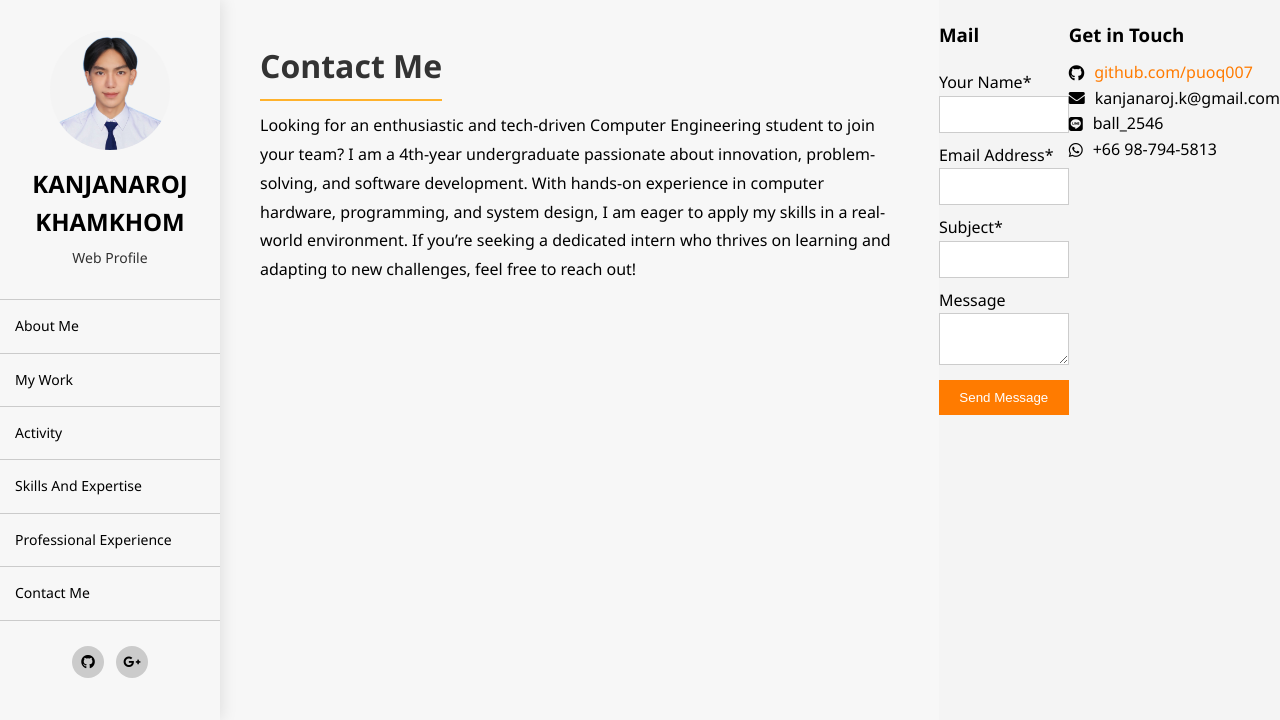
Repository: bbonds0007/profile
Page: contact.html
The author's editor kept a copy of each file at every save. The page is drawn from the files as they stood at one save, then again after the next save.
The browser window is 1280 px wide. The pictures show the whole page.

Above is the page before, as saved 2025-03-16 14:18:33.

### contact.html
<!DOCTYPE html>
<html lang="en">

<head>
    <meta charset="UTF-8">
    <meta name="viewport" content="width=device-width, initial-scale=1.0">
    <link rel="icon" href="public/img/profile_icon.png" type="image/x-icon" sre="/img/profile_icon.png">
    <title>PROFILE</title>
    <link rel="stylesheet" href="public/home.css">
    <link rel="stylesheet" href="public/contact.css">
    <link rel="stylesheet" href="https://cdnjs.cloudflare.com/ajax/libs/font-awesome/5.15.4/css/all.min.css">
    <!-- <link rel="icon" type="image/x-icon" href="Profile_icon.png" sre="Profile_icon.png"> -->
    <link rel="stylesheet" href="https://cdn.jsdelivr.net/npm/bootstrap-icons/font/bootstrap-icons.css">
</head>

<body>
    <div class="container">
        <aside class="sidebar">
            <div class="profile">
                <div class="profile-image">
                    <img src="public/img/profile_icon.png" alt="Profile Photo">
                </div>
                <h1>KANJANAROJ KHAMKHOM</h1>
                <p class="title">Web Profile</p>
            </div>

            <nav class="nav-menu">
                <ul>
                    <li class="active"><a href="index.html">About Me</a></li>
                    <li><a href="work.html">My Work</a></li>
                    <li><a href="activity.html">Activity</a></li>
                    <li><a href="skills.html">Skills And Expertise</a></li>
                    <li><a href="experience.html">Professional Experience</a></li>
                    <li><a href="contact.html">Contact Me</a></li>
                </ul>
            </nav>

            <div class="social-icons">
                <a href="https://github.com/bbonds0007"><i class="fab fa-github"></i></a>
                <a href="https://mail.google.com/mail/?view=cm&fs=1&to=kanjanaroj.k@gmail.com"><i
                        class="fab fa-google-plus-g"></i></a>
            </div>

            <div class="copyright">
                <p>Kanjanaroj Khamkhom</p>
                <p>Web Design</p>
                <p class="small-text">by templatemo</p>
            </div>
        </aside>

        <main class="content">
            <header class="content-header">
                <h2 id="about">Contact Me</h2>
                <p>Looking for an enthusiastic and tech-driven Computer Engineering student to join your team? I am a
                    4th-year undergraduate passionate about innovation, problem-solving, and software development. With
                    hands-on experience in computer hardware, programming, and system design, I am eager to apply my
                    skills in a real-world environment. If you’re seeking a dedicated intern who thrives on learning and
                    adapting to new challenges, feel free to reach out!</p>
            </header>
        </main>
        <section class="contact-form">
            <h3>Mail</h3>
            <form>
                <label for="name">Your Name*</label>
                <input type="text" id="name" required>

                <label for="email">Email Address*</label>
                <input type="email" id="email" required>

                <label for="subject">Subject*</label>
                <input type="text" id="subject" required>

                <label for="message">Message</label>
                <textarea id="message"></textarea>

                <button type="submit">Send Message</button>
            </form>
        </section>

        <section class="contact-info">
            <h3>Get in Touch</h3>
            <p><i class="fab fa-github"></i> <a href="https://github.com/puoq007">github.com/puoq007</a></p>
            <p><i class="fas fa-envelope"></i> kanjanaroj.k@gmail.com</p>
            <p><i class="fab fa-line"></i> ball_2546</p>
            <p><i class="fab fa-whatsapp"></i> +66 98-794-5813</p>
        </section>
        </main>
    </div>
</body>

</html>

### public/home.css
/* General Styles */
* {
    margin: 0;
    padding: 0;
    box-sizing: border-box;
}

body {
    font-family: 'Segoe UI', Tahoma, Geneva, Verdana, sans-serif;
    line-height: 1.6;
    background-color: #f4f4f4;
    overflow-x: hidden;
}

a {
    text-decoration: none;
    color: inherit;
}

.container {
    display: flex;
    min-height: 100vh;
}

/* Sidebar Styles */
.sidebar {
    width: 220px;
    background-color: #F7F7F7;
    color: #000000;
    display: flex;
    flex-direction: column;
    position: fixed;
    left: 0;
    top: 0;
    bottom: 0;
    overflow-y: auto;
    z-index: 100;
    box-shadow: 2px 0 15px rgba(0, 0, 0, 0.1);
}

.profile {
    text-align: center;
    padding: 30px 15px;
}

.profile-image {
    width: 120px;
    height: 120px;
    margin: 0 auto 15px;
    border-radius: 50%;
    overflow: hidden;
    background-color: #f4f4f4;
}

.profile-image img {
    width: 100%;
    height: 100%;
    object-fit: cover;
}

.profile h1 {
    margin-bottom: 5px;
    font-size: 24px;
}

.profile .title {
    font-size: 14px;
    opacity: 0.8;
}

.nav-menu {
    flex-grow: 1;
}

.nav-menu ul {
    list-style: none;
}

.nav-menu li {
    border-top: 1px solid #cbcbcb;
}

.nav-menu li:last-child {
    border-bottom: 1px solid #cbcbcb;
}

.nav-menu li a {
    display: block;
    padding: 15px;
    color: #000000;
    transition: background-color 0.3s;
    font-size: 14px;
}

.social-icons {
    display: flex;
    justify-content: center;
    padding: 25px 0;
    gap: 12px;
    flex-wrap: wrap;
}

.social-icons a {
    display: flex;
    align-items: center;
    justify-content: center;
    width: 32px;
    height: 32px;
    background-color: #cbcbcb;
    border-radius: 50%;
    transition: background-color 0.3s;
    font-size: 14px;
}

.social-icons a:hover {
    background-color: #F7F7F7;
}

.copyright {
    text-align: center;
    padding: 15px;
    font-size: 12px;
    opacity: 0.7;
}

.small-text {
    font-size: 11px;
    margin-top: 5px;
}

/* Content Styles */
.content {
    flex-grow: 1;
    background-color: #F7F7F7;
    color: #000000;
    padding: 40px;
    margin-left: 220px;
    width: calc(100% - 220px);
}

.content-header {
    margin-bottom: 40px;
}

.content-header h2 {
    font-size: 32px;
    margin-bottom: 20px;
    position: relative;
    display: inline-block;
}

.content-header h2::after {
    content: '';
    position: absolute;
    bottom: -10px;
    left: 0;
    width: 100%;
    height: 2px;
    background-color: #FFB22C;
}

.content-header p {
    line-height: 1.8;
}

/* Featured Content Section */
.featured-content, .secondary-content {
    display: flex;
    margin-bottom: 60px;
    gap: 40px;
}

.featured-image img, .secondary-image img {
    width: 100%;
    height: auto;
    border-radius: 5px;
}

.featured-text, .secondary-text {
    flex: 0 0 45%;
}

.featured-text h3, .secondary-text h3 {
    font-size: 24px;
    margin-bottom: 20px;
}

.featured-text p, .secondary-text p {
    margin-bottom: 25px;
    line-height: 1.8;
}

.btn{
    display: inline-block;
    padding: 10px 20px;
    background-color: #ffa1a1;
    color: #000000;
    border-radius: 5px;
    transition: background-color 0.3s;
    font-size: 14px;
}

/* Responsive Design */
@media (max-width: 992px) {
    .sidebar {
        width: 180px;
    }

    .content {
        margin-left: 180px;
        width: calc(100% - 180px);
    }

    .featured-content, .secondary-content {
        flex-direction: column;
    }

    .featured-image, .secondary-image,
    .featured-text, .secondary-text {
        flex: 0 0 100%;
    }
}

@media (max-width: 768px) {
    .container {
        flex-direction: column;
    }

    .sidebar {
        width: 100%;
        position: relative;
        height: auto;
    }

    .content {
        margin-left: 0;
        width: 100%;
        padding: 30px;
    }

    .profile {
        padding: 20px 15px;
    }

    .profile-image {
        width: 100px;
        height: 100px;
    }

    .experience-item {
        flex-direction: column;
        gap: 10px;
    }

    .experience-year {
        margin-bottom: 10px;
    }
}

### public/contact.css
/* Content */
.content {
    flex-grow: 1;
    padding: 40px;
}

.content-header h2 {
    color: #333;
}

.content-header p {
    margin-bottom: 20px;
}

.contact-form,
.contact-info {
    margin-top: 20px;
}

.contact-form h3,
.contact-info h3 {
    margin-bottom: 10px;
}

.contact-form form {
    display: flex;
    flex-direction: column;
}

.contact-form label {
    margin-top: 10px;
}

.contact-form input,
.contact-form textarea {
    padding: 10px;
    border: 1px solid #ccc;
    width: 100%;
}

.contact-form button {
    margin-top: 15px;
    padding: 10px;
    background: #ff7b00;
    color: white;
    border: none;
    cursor: pointer;
}

.contact-info p {
    display: flex;
    align-items: center;
    gap: 10px;
}

.contact-info a {
    text-decoration: none;
    color: #ff7b00;
}

After the next save:
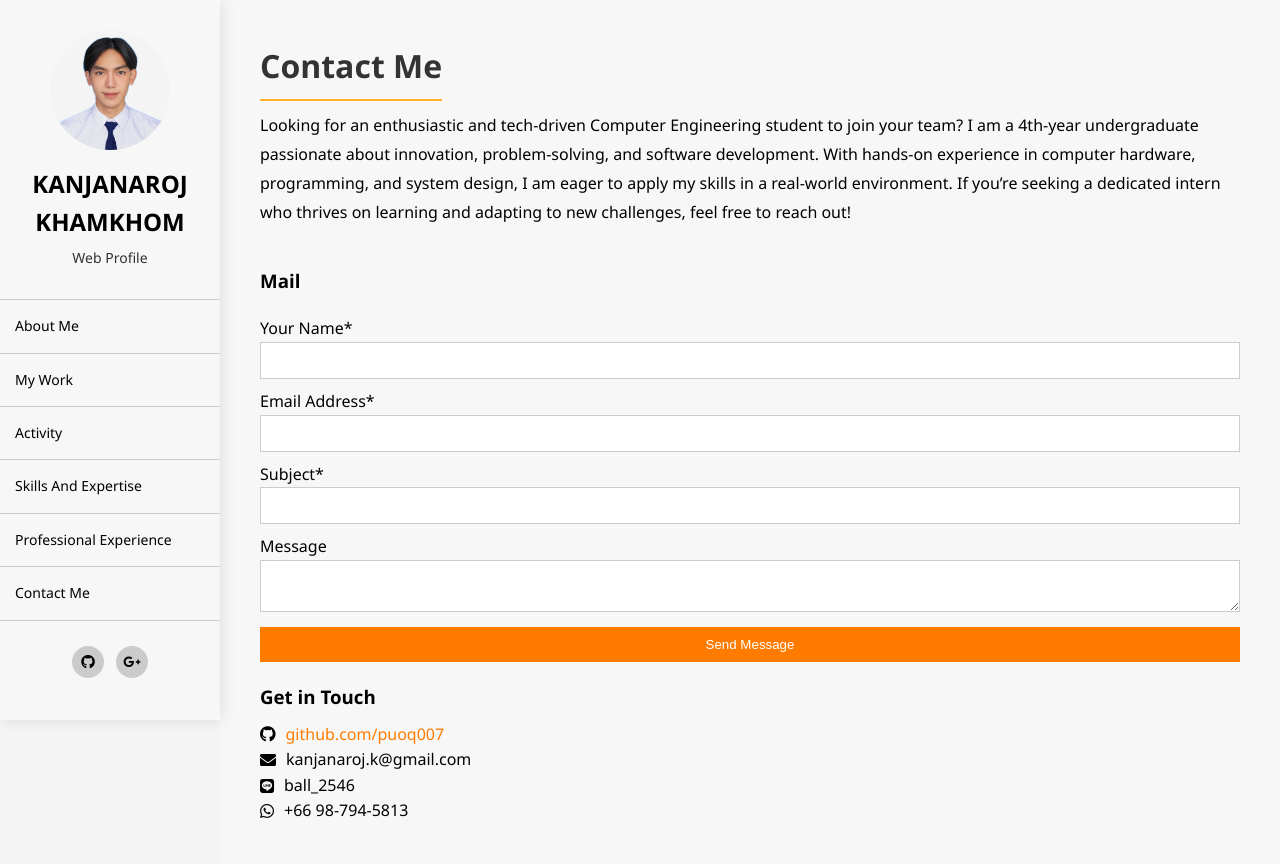
Saved 86 s later.
--- a/contact.html
+++ b/contact.html
@@ -57,7 +57,7 @@
                     skills in a real-world environment. If you’re seeking a dedicated intern who thrives on learning and
                     adapting to new challenges, feel free to reach out!</p>
             </header>
-        </main>
+
         <section class="contact-form">
             <h3>Mail</h3>
             <form>
